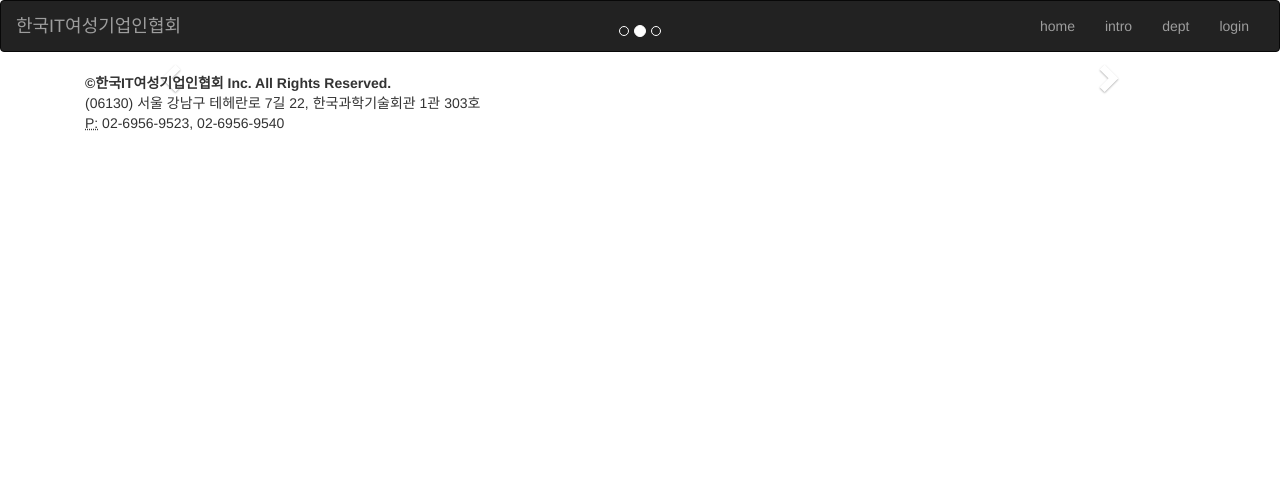
Repository: minho00123/sw-professional-training
Page: http://localhost/sts05/WEB-INF/views/index.jsp
An editor plug-in stored every save of this project. The page is shown before and after the next save, followed by the edit.
The browser window is 1280 px wide. The pictures show the whole page.
The page is served by Tomcat 9. Nobody is signed in. The template is opened directly, without the code that normally fills it, so the values that code supplies are empty.

Above is the page before, as saved 2025-05-19 03:50:05.

After the next save:
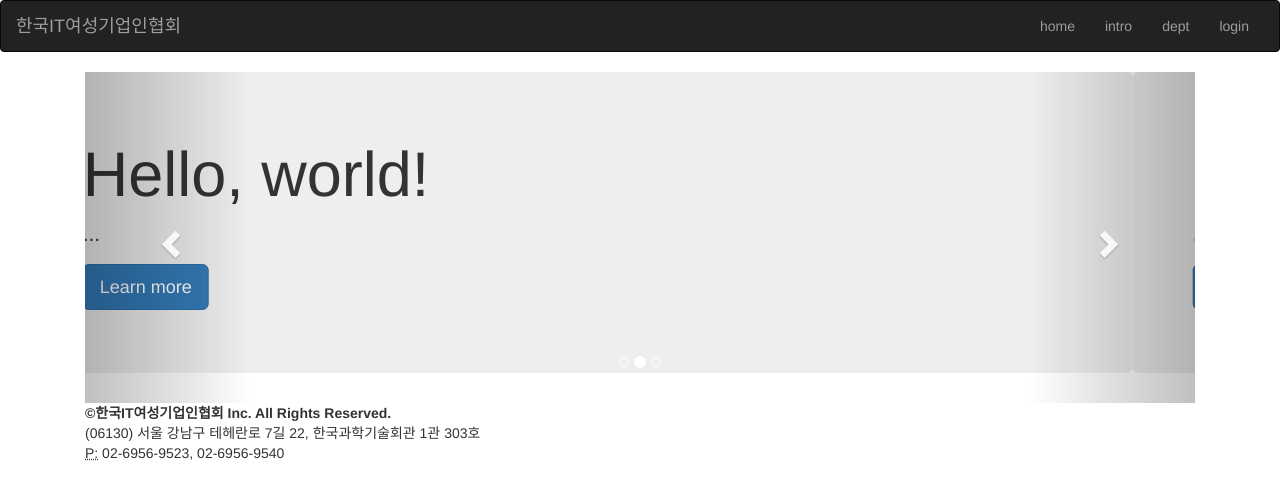
Saved 35 s later.
--- a/stsWorkspace/sts05/src/main/webapp/WEB-INF/views/index.jsp
+++ b/stsWorkspace/sts05/src/main/webapp/WEB-INF/views/index.jsp
@@ -21,9 +21,36 @@
 
 		<!-- Wrapper for slides -->
 		<div class="carousel-inner" role="listbox">
-			<div class="item active"></div>
-			<div class="item"></div>
-			<div class="item"></div>
+			<div class="item active">
+				<div class="jumbotron">
+					<h1>Hello, world!</h1>
+					<p>...</p>
+					<p>
+						<a class="btn btn-primary btn-lg" href="#" role="button">Learn
+							more</a>
+					</p>
+				</div>
+			</div>
+			<div class="item">
+				<div class="jumbotron">
+					<h1>Hello, world!</h1>
+					<p>...</p>
+					<p>
+						<a class="btn btn-primary btn-lg" href="#" role="button">Learn
+							more</a>
+					</p>
+				</div>
+			</div>
+			<div class="item">
+				<div class="jumbotron">
+					<h1>Hello, world!</h1>
+					<p>...</p>
+					<p>
+						<a class="btn btn-primary btn-lg" href="#" role="button">Learn
+							more</a>
+					</p>
+				</div>
+			</div>
 		</div>
 
 		<!-- Controls -->
